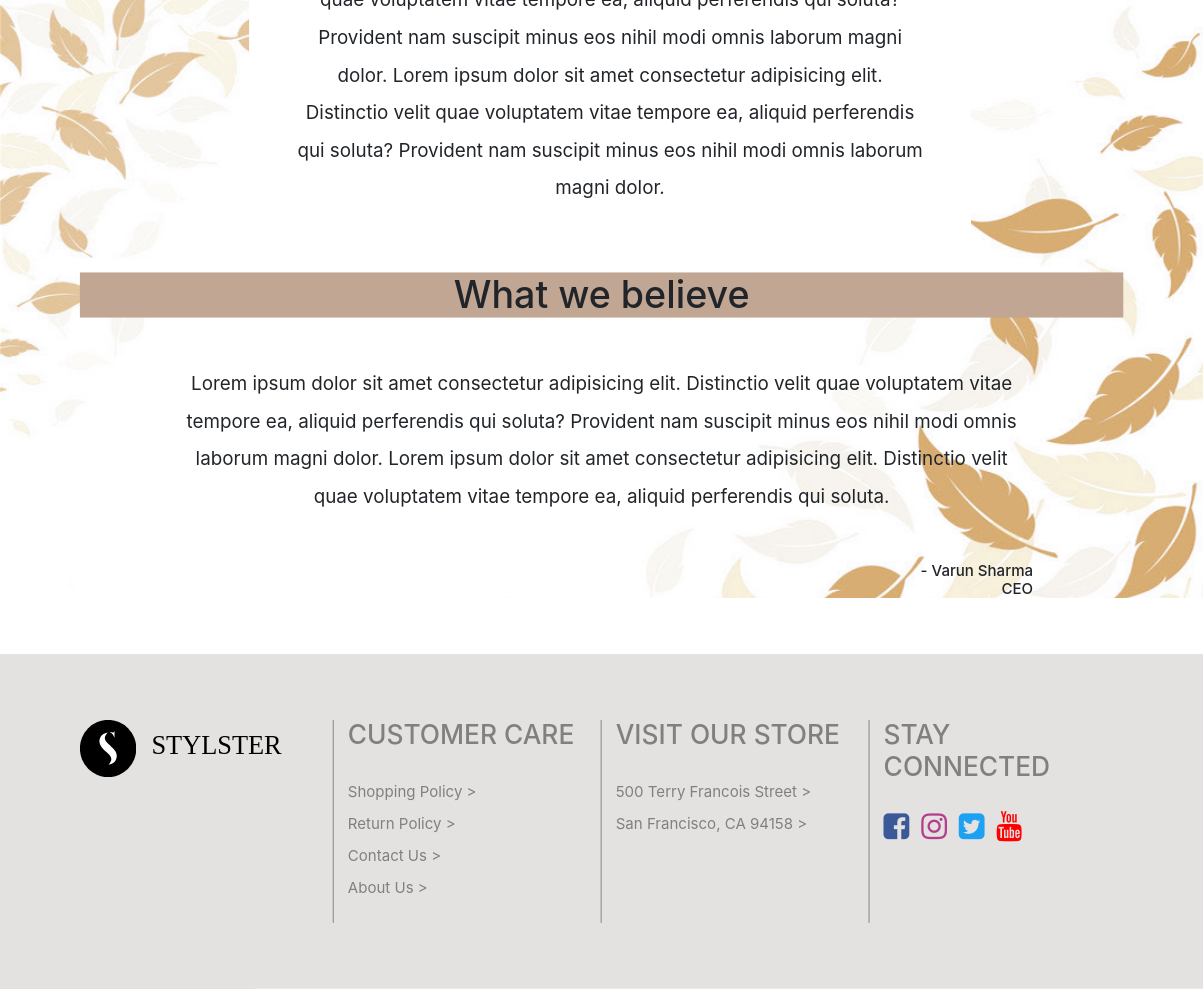
Repository: Lovekr/stylester
Page: stylster_frontend_design/career.html
The author's editor kept a copy of each file at every save. The page is drawn from the files as they stood at one save, then again after the next save.
The browser window is 1280 px wide. The pictures show the part of the page from y = 736 to 1788 px (the page is 1788 px tall), at 94% of full size.
Some web fonts or font styles are not loaded; a fallback is used.

Above is the page before, as saved 2020-03-10 17:37:17.

### stylster_frontend_design/career.html
<!DOCTYPE html>
<html lang="en">
<head>
    <meta charset="UTF-8">
    <meta name="viewport" content="width=device-width, initial-scale=1.0">
    <link rel="stylesheet" href="https://stackpath.bootstrapcdn.com/bootstrap/4.4.1/css/bootstrap.min.css" >
     <link rel="stylesheet" href="./css/owl.carousel.css">
     <link rel="stylesheet" href="./css//owl.theme.default.min.css">
     <link rel="stylesheet" href="https://cdnjs.cloudflare.com/ajax/libs/font-awesome/4.7.0/css/font-awesome.min.css">
    <link rel="stylesheet" href="./css/career.css">

    <title>STYLSTER</title>
</head>
<body>


  <div id="navbar">
    <nav class="navbar navbar-expand-lg navbar-light">
        <img class="addright"
        src="./asset/stylster logo1-01.svg"><a class="navbar-brand headingfont" href="#">STYLSTER</a>

      <button class="navbar-toggler" type="button" data-toggle="collapse" data-target="#navbarSupportedContent" aria-controls="navbarSupportedContent" aria-expanded="false" aria-label="Toggle navigation">
        <span class="navbar-toggler-icon"></span>
    </button>
        <div class="collapse navbar-collapse" id="navbarSupportedContent">
          <input type="text" placeholder="e.g. T-shirt, Top ...">
          <div class="navbar-manu-inside">
            <a href="#">MEN</a>
            <a href="#">WOMEN</a>
            <a href="#">DEALS</a>
            <a href="#">STYLE PICK</a>
            <a href="#">BLOGGER NETWORK</a>
            <a href="#">ABOUT</a>
          </div>
          <div class="displaynone1000">
            <div>
                <i class="fa fa-facebook-square"></i>
                <i class="fa fa-instagram"></i>
                <i class="fa fa-pinterest-square"></i>
                <i class="fa fa-youtube"></i>
              </div>
              <div class="flexIcon">
                <img src="./asset/nav icon/navHeart.png">
                <img src="./asset/nav icon/navUser.png">
              </div>
          </div>
        </div>

    </nav>
    <div class="navbar-manu">
      <a href="#">MEN</a>
      <a href="#">WOMEN</a>
      <a href="#">DEALS</a>
      <a href="#">STYLE PICK</a>
      <a href="#">BLOGGER NETWORK</a>
      <a href="#">ABOUT</a>
    </div>
</div>
<div class="container mt-5 interested text-center">
  <div class="flex1">
       <h4 class="mr-3 pb-2">I'm Interested in </h4>
       <select class="mr-3 mb-2 form-control" id="exampleFormControlSelect1">
           <option>Choose your category </option>
           <option>2</option>
           <option>3</option>
           <option>4</option>
           <option>5</option>
       </select>
       <div>
           <button type="button" class="btn">GO</button>
       </div>
  </div>
</div>
    <div class="main-header bgOffice">
        <h1 class="career-header headingfont">Join Stylster...</h1>
    </div>


     <div class="container-fluid backgroundimg">
           <div class="career-sub-text">
                <p >Lorem ipsum dolor sit amet consectetur adipisicing elit. Distinctio velit quae voluptatem vitae tempore ea, aliquid perferendis qui soluta? Provident nam suscipit minus eos nihil modi omnis laborum magni dolor. Lorem ipsum dolor sit amet consectetur adipisicing elit. Distinctio velit quae voluptatem vitae tempore ea, aliquid perferendis qui soluta? Provident nam suscipit minus eos nihil modi omnis laborum magni dolor.</p>
            </div>
            <div class="text-center career-head-believe container">
                <h1 class="">What we believe</h1>
                <p>Lorem ipsum dolor sit amet consectetur adipisicing elit. Distinctio velit quae voluptatem vitae tempore ea, aliquid perferendis qui soluta? Provident nam suscipit minus eos nihil modi omnis laborum magni dolor. Lorem ipsum dolor sit amet consectetur adipisicing elit. Distinctio velit quae voluptatem vitae tempore ea, aliquid perferendis qui soluta.</p>
               <div class="text-right mr-5 pr-5">
                <h6>- Varun Sharma </h6>
                <h6 class="">CEO</h6>
               </div>
            </div>
        </div>


        <div id="footer" class="container-fluid">
          <div class="row">
              <div class="col-xs-12 col-sm-6 col-md-3 rline">
                <h3 class="footer-stylster headingfont footertext"><img class="pr-3 " src="./asset/stylster logo1-01.svg">STYLSTER</h1>


              </div>
              <div class="col-xs-12 col-sm-6 col-md-3 rline rline3">
                  <h3>CUSTOMER CARE</h3>
                  <ul>
                      <li><a href="#">Shopping Policy ></a></li>
                      <li><a href="#">Return Policy ></a></li>
                      <li><a href="#">Contact Us ></a></li>
                      <li><a href="#">About Us ></a></li>
                  </ul>

              </div>
              <div class="col-xs-12 col-sm-6 col-md-3 rline">
                  <h3>VISIT OUR STORE</h3>
                  <ul>
                      <li><a href="#">500 Terry Francois Street ></a></li>
                      <li><a href="#">San Francisco, CA 94158 ></a></li>

                  </ul>
              </div>
              <div class="col-xs-12 col-sm-6 col-md-3 rline2">
                  <h3>STAY CONNECTED</h3>
                  <div class="mt-4">
                      <a href="#"><i class="fa fa-facebook-square fa-2x pr-2"></i></a>
                      <a href="#"><i class="fa fa-instagram fa-2x pr-2"></i></a>
                      <a href="#"><i class="fa fa-twitter-square fa-2x pr-2"></i></a>
                      <a href="#"><i class="fa fa-youtube fa-2x "></i></a>

                  </div>
              </div>
          </div>
        </div>


<script src="https://code.jquery.com/jquery-3.4.1.slim.min.js" ></script>
<script src="https://cdn.jsdelivr.net/npm/popper.js@1.16.0/dist/umd/popper.min.js" ></script>
<script src="https://stackpath.bootstrapcdn.com/bootstrap/4.4.1/js/bootstrap.min.js" ></script>

</body>
</html>

### stylster_frontend_design/css/career.css
@import url('https://fonts.googleapis.com/css?family=Allerta+Stencil&display=swap');
.headingfont
{
    font-family: 'Allerta Stencil';

}
*{
    margin: 0;
    padding: 0;
}
h1,h2,h3,h4,h5,h6,p{
    padding: 0px;
    margin: 0px;
}
.backgroundimg {
    background: url("../asset/brown\ leaf-01.svg");
    background-size: cover;
    width: 100%;
}

/* navbar */


#navbar{
    background-color: white !important;
}
#navbar .navbar-brand{
    font-size: 40px;
    font-weight: 500;
}
#navbar i{
    margin-right: 10px;
    font-size: 20px;
}

#navbar .nav-link{
    color: black;
    margin:0px 20px 0px 20px;
    text-decoration: underline;
    font-weight: 500;
}

.flexIcon{
    display: flex;
    justify-content: center;
    width: 100%;
}
.flexIcon i{

    width: 30px;
    padding: 3px  7px;
    height: 25px;
 }
 .flexIcon img{

    width: 40px;
    padding-right: 10px;
    }

    #navbar input{
        width: 65%;
        margin:auto 200px auto 30px;
         outline: 0;
        border-width: 0 0 2px;
        border-color: rgb(54, 53, 53);
    }
#navbar input:focus {
    border-color: black
  }
  #navbar input::placeholder{
    color: rgb(102, 99, 99) !important;
    padding-left: 10px;
}
.navbar-manu{
    display: flex;
    justify-content: center;
}
.navbar-manu a{
    margin: 10px 50px;
}
.navbar-manu a{
    color: black !important;
   font-weight: 500;
}
.navbar-manu a:hover{
    text-decoration: underline;
}
.fa-facebook-square {
    color: #3b5998;
  }
.fa-instagram {
    color: #B43E8E;
}
.fa-pinterest-square {
    color: #bd081c;
}
.fa-youtube {
      color: #FF0000;
}
.fa-twitter-square {
    color: #1da1f2;
}
.footertext{
    color: black !important;
}
::placeholder {
    color:white !important;
}
.textbackground:before {
    position: absolute;
    width: 100%;
    height: 17px;
    top: auto;
    left: 70%;
    border-top: 47px solid #F2CEAE;
    z-index: -7;
    content: "";
    position: absolute;
    display: block;
    overflow: hidden;
    left: -1px;
    margin-top: 25px;
}
@media only screen and (min-width: 1000px){
    .navbar-manu-inside{
        display: none;
    }
}

@media only screen and (max-width: 1000px){
    .displaynone1000{
        display: none;
    }
    .navbar-manu{
        display: none;

    }

    .navbar-manu-inside {
        display: flex;
        flex-direction: column;
        margin: 20px 0px 20px 30px;
        padding: 20px 0px;
    }

    .navbar-manu-inside a{
            margin: 10px 0px;
            color: black !important;
            font-weight: 500;
    }

}
@media only screen and (max-width: 1024px){
    #navbar input {
    width: 50%;
    }
    .navbar-manu a {
        margin: 10px 20px;
    }
}

@media only screen and (max-width: 770px){
    #navbar input {
        width: 70%;
    }
}

@media only screen and (max-width: 450px){
    #navbar input {
        width: 100%;
        margin:auto;
        margin-top: 15px;
    }
}











  /* main header */

  .bgOffice{
      background: url('https://images.unsplash.com/photo-1497366811353-6870744d04b2?ixlib=rb-1.2.1&ixid=eyJhcHBfaWQiOjEyMDd9&auto=format&fit=crop&w=750&q=80');
      background-size: cover;
      width: 100%;
      height: 70vh;
      background-position: center;
      background-repeat: no-repeat;


    }

.bgOffice .career-header{
    position: relative;
    top: 32%;
    width: 900px !important;
    text-align: right;

    font-size: 80px;
    background-color: #c1a693;
    opacity: 1.7;
    padding: 3px 20px;
    width: 500px;
}

.career-sub-text{
    background-color: white;
    width: 60vw;
    position: relative;;
   top: -110px;
   left: 20%;
    line-height: 40px;
    padding: 50px;
    width: 100;
    border-radius: 20px;
    align-items: center;
    font-size: 20px;
    text-align: center;
}
.career-head-believe{
    margin-top:-90px !important;
}
.career-head-believe h1{
     background-color: #c1a693;
     padding: 0px 300px;
     opacity: 1.8;
}

.career-head-believe p{
    padding: 50px 100px;
    font-size: 20px;
    line-height: 40px;
}
.interested{
    padding: 0px 150px;

}
.interested select{
    width: 400px;
}

.interested .form-control{
    color: white;
    background-color: black;
}
.interested .btn{
    background-color: black;
    color: white;
    font-weight: 600;
}
.interested button:hover{
    background-color: rgb(163, 157, 157);
    color: black;
}
.interested .flex1{
    display: flex;
    justify-content: center;
}

/* responsive 1024 */


@media only screen and (max-width: 1100px) {
    #navbar .displaynone1000{
       display: none;
    }
    .bgOffice .career-header {
        width: 730px !important;
    }
    .career-sub-text {
        bottom: -10%;
        font-size: 25px;
    }
    .career-head-believe p{
        font-size: 25px;
    }


}

/* responsive 770 */

@media only screen and (max-width: 770px) {

  .career-head-believe p {
        padding: 50px 100px;
    }

    .career-sub-text {
        width: 80vw;
        left: 10%;
        bottom: -20% !important;
        font-size: 18px;

    }
    .bgOffice .career-header {
        width: 650px !important;
    }
    .career-head-believe{
        margin-top: 300px;
    }
    .career-head-believe h1{
        padding: 0px  100px;
    }
    .career-head-believe p{
        font-size: 18px;
    }
    .interested .flex1{

    }
    .flex1{
        display: flex;
        flex-direction: column;
        justify-content: center;
    }

}


/* footer */


#footer .row{
    padding: 70px;

}

#footer{
    margin-top: 60px;
    background-color: rgb(228, 226, 225);
}
/* .footer-stylster{
    line-height: 0;
} */
#footer ul {
    list-style: none;
}
#footer a,#footer h3{
    color: gray;
}
#footer a:hover{
    color: black;
    font-weight: 500;
}

.rline{
    border-right: 1px solid gray;

}

#footer ul li{
    padding-bottom: 10px;
}
#footer h3{
    margin-bottom: 30px;
}

@media only screen and (max-width: 770px){


    #footer .row {
        padding: 30px;
    }


}

@media only screen and (max-width: 420px){

    .rline{
        border: none;
    }

}


@media only screen and (max-width: 1024px){
    .career-sub-text {
        bottom: -5%;
    }
    .career-sub-text {

        width: 80vw;

        top: -200px;
        left: 10%;

    }
}

/* min 1024 */
@media only screen and (min-width: 1030px) {

    .bgOffice .career-header {
        width: 650px ;
    }
    .career-sub-text {
        bottom: -30%;
    }

}

@media only screen and (max-width: 380px){
    /* .career-sub-text {
        bottom: -20;
    } */
}
/* max 400 */
@media only screen and (max-width: 450px){
    .bgOffice .career-header {
        width: 300px !important;
        font-size: 30px;
    }
    .career-head-believe{
        margin-top: -180px !important;
    }
    .interested {
        align-items: center;
    }
    .interested select{
        width: 250px;
        display: flex !important;
        width: 100%;
        justify-content: center;
    }
    .form-control{
        display: none;
    }
    .career-sub-text{
        font-size: 14px;
        line-height: 1.5;
        padding: 20px;
        width: 80vw;
        left: 7%;
    }
    .career-head-believe{
         margin-top: 200px;
    }
    .career-head-believe p{
        padding: 50px 20px;
        line-height: 1.5;
        font-size: 14px;
    }
    .career-sub-text {
        bottom: -25%;
    }
    .interested {
        padding: 0px 50px;
    }
    .career-head-believe h1{
        padding: 0px  50px;
        font-size: 30px;
    }
    .interested .btn{
        padding: 0;
    height: 35px;
    width: 50px;
    }


}

/* @media only screen and (max-width: 500px){
    .bgOffice .career-header {
        top: ;
} */

Loaded but not shown: stylster_frontend_design/css/owl.carousel.css (library); stylster_frontend_design/css/owl.theme.default.min.css (common file)

After the next save:
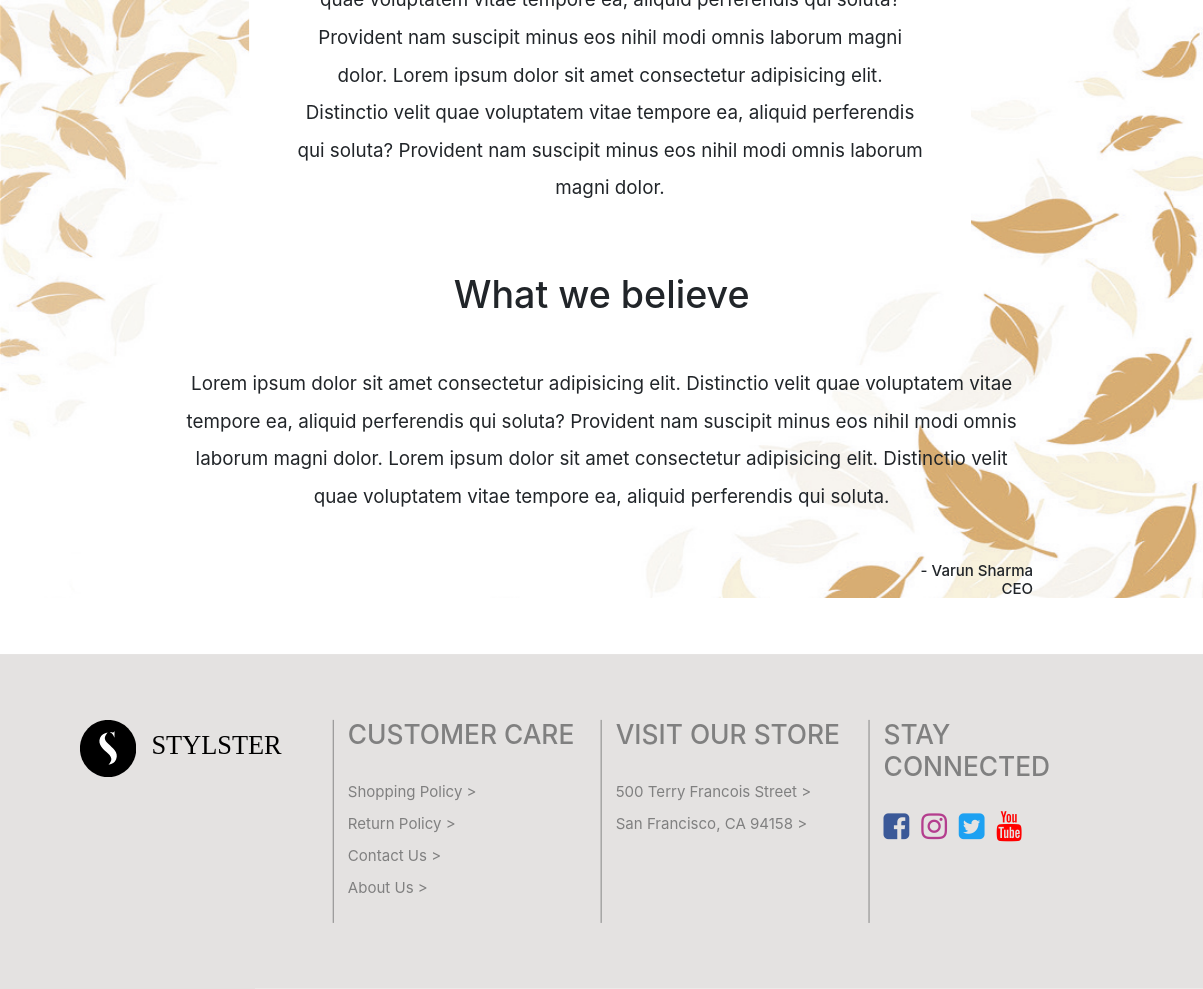
Saved 52 s later.
--- a/stylster_frontend_design/css/career.css
+++ b/stylster_frontend_design/css/career.css
@@ -226,11 +226,7 @@ h1,h2,h3,h4,h5,h6,p{
 .career-head-believe{
     margin-top:-90px !important;
 }
-.career-head-believe h1{
-     background-color: #c1a693;
-     padding: 0px 300px;
-     opacity: 1.8;
-}
+
 
 .career-head-believe p{
     padding: 50px 100px;
